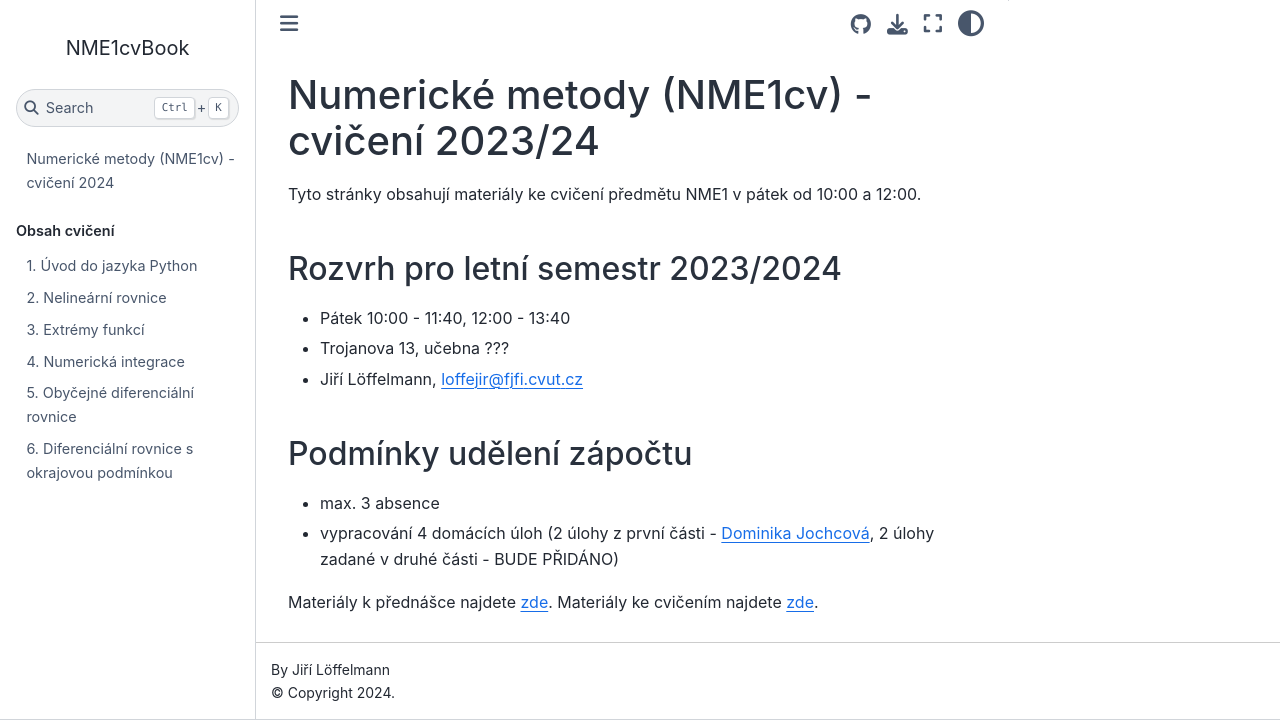
Repository: loepa01/NME1cvBook
Page: intro.html
An editor plug-in stored every save of this project. The page is shown before and after the next save, followed by the edit.
The browser window is 1280 px wide. The pictures show the whole page.

Above is the page before, as saved 2024-04-08 16:48:49.
Console error: SyntaxError: Identifier 'THEBE_JS_URL' has already been declared

### intro.html

<!DOCTYPE html>


<html lang="en" data-content_root="../" >

  <head>
    <meta charset="utf-8" />
    <meta name="viewport" content="width=device-width, initial-scale=1.0" /><meta name="viewport" content="width=device-width, initial-scale=1" />

    <title>Numerické metody (NME1cv) - cvičení 2023/24 &#8212; NME1cvBook</title>



  <script data-cfasync="false">
    document.documentElement.dataset.mode = localStorage.getItem("mode") || "";
    document.documentElement.dataset.theme = localStorage.getItem("theme") || "light";
  </script>

  <!-- Loaded before other Sphinx assets -->
  <link href="../_static/styles/theme.css?digest=8d27b9dea8ad943066ae" rel="stylesheet" />
<link href="../_static/styles/bootstrap.css?digest=8d27b9dea8ad943066ae" rel="stylesheet" />
<link href="../_static/styles/pydata-sphinx-theme.css?digest=8d27b9dea8ad943066ae" rel="stylesheet" />


  <link href="../_static/vendor/fontawesome/6.5.1/css/all.min.css?digest=8d27b9dea8ad943066ae" rel="stylesheet" />
  <link rel="preload" as="font" type="font/woff2" crossorigin href="../_static/vendor/fontawesome/6.5.1/webfonts/fa-solid-900.woff2" />
<link rel="preload" as="font" type="font/woff2" crossorigin href="../_static/vendor/fontawesome/6.5.1/webfonts/fa-brands-400.woff2" />
<link rel="preload" as="font" type="font/woff2" crossorigin href="../_static/vendor/fontawesome/6.5.1/webfonts/fa-regular-400.woff2" />

    <link rel="stylesheet" type="text/css" href="../_static/pygments.css?v=fa44fd50" />
    <link rel="stylesheet" type="text/css" href="../_static/styles/sphinx-book-theme.css?v=384b581d" />
    <link rel="stylesheet" type="text/css" href="../_static/togglebutton.css?v=13237357" />
    <link rel="stylesheet" type="text/css" href="../_static/copybutton.css?v=76b2166b" />
    <link rel="stylesheet" type="text/css" href="../_static/mystnb.4510f1fc1dee50b3e5859aac5469c37c29e427902b24a333a5f9fcb2f0b3ac41.css?v=be8a1c11" />
    <link rel="stylesheet" type="text/css" href="../_static/sphinx-thebe.css?v=4fa983c6" />
    <link rel="stylesheet" type="text/css" href="../_static/design-style.1e8bd061cd6da7fc9cf755528e8ffc24.min.css?v=0a3b3ea7" />

  <!-- Pre-loaded scripts that we'll load fully later -->
  <link rel="preload" as="script" href="../_static/scripts/bootstrap.js?digest=8d27b9dea8ad943066ae" />
<link rel="preload" as="script" href="../_static/scripts/pydata-sphinx-theme.js?digest=8d27b9dea8ad943066ae" />
  <script src="../_static/vendor/fontawesome/6.5.1/js/all.min.js?digest=8d27b9dea8ad943066ae"></script>

    <script src="../_static/documentation_options.js?v=9eb32ce0"></script>
    <script src="../_static/doctools.js?v=888ff710"></script>
    <script src="../_static/sphinx_highlight.js?v=dc90522c"></script>
    <script src="../_static/clipboard.min.js?v=a7894cd8"></script>
    <script src="../_static/copybutton.js?v=f281be69"></script>
    <script src="../_static/scripts/sphinx-book-theme.js?v=efea14e4"></script>
    <script>let toggleHintShow = 'Click to show';</script>
    <script>let toggleHintHide = 'Click to hide';</script>
    <script>let toggleOpenOnPrint = 'true';</script>
    <script src="../_static/togglebutton.js?v=4a39c7ea"></script>
    <script>var togglebuttonSelector = '.toggle, .admonition.dropdown';</script>
    <script src="../_static/design-tabs.js?v=36754332"></script>
    <script>const THEBE_JS_URL = "https://unpkg.com/thebe@0.8.2/lib/index.js"; const thebe_selector = ".thebe,.cell"; const thebe_selector_input = "pre"; const thebe_selector_output = ".output, .cell_output"</script>
    <script async="async" src="../_static/sphinx-thebe.js?v=c100c467"></script>
    <script>var togglebuttonSelector = '.toggle, .admonition.dropdown';</script>
    <script>const THEBE_JS_URL = "https://unpkg.com/thebe@0.8.2/lib/index.js"; const thebe_selector = ".thebe,.cell"; const thebe_selector_input = "pre"; const thebe_selector_output = ".output, .cell_output"</script>
    <script>DOCUMENTATION_OPTIONS.pagename = '.history/intro_20240408164849';</script>
    <link rel="icon" href="../_static/cphys.png"/>
    <link rel="index" title="Index" href="../genindex.html" />
    <link rel="search" title="Search" href="../search.html" />
  <meta name="viewport" content="width=device-width, initial-scale=1"/>
  <meta name="docsearch:language" content="en"/>
  </head>


  <body data-bs-spy="scroll" data-bs-target=".bd-toc-nav" data-offset="180" data-bs-root-margin="0px 0px -60%" data-default-mode="">



  <a id="pst-skip-link" class="skip-link" href="#main-content">Skip to main content</a>

  <div id="pst-scroll-pixel-helper"></div>

  <button type="button" class="btn rounded-pill" id="pst-back-to-top">
    <i class="fa-solid fa-arrow-up"></i>
    Back to top
  </button>


  <input type="checkbox"
          class="sidebar-toggle"
          name="__primary"
          id="__primary"/>
  <label class="overlay overlay-primary" for="__primary"></label>

  <input type="checkbox"
          class="sidebar-toggle"
          name="__secondary"
          id="__secondary"/>
  <label class="overlay overlay-secondary" for="__secondary"></label>

  <div class="search-button__wrapper">
    <div class="search-button__overlay"></div>
    <div class="search-button__search-container">
<form class="bd-search d-flex align-items-center"
      action="../search.html"
      method="get">
  <i class="fa-solid fa-magnifying-glass"></i>
  <input type="search"
         class="form-control"
         name="q"
         id="search-input"
         placeholder="Search this book..."
         aria-label="Search this book..."
         autocomplete="off"
         autocorrect="off"
         autocapitalize="off"
         spellcheck="false"/>
  <span class="search-button__kbd-shortcut"><kbd class="kbd-shortcut__modifier">Ctrl</kbd>+<kbd>K</kbd></span>
</form></div>
  </div>

    <header class="bd-header navbar navbar-expand-lg bd-navbar">
    </header>


  <div class="bd-container">
    <div class="bd-container__inner bd-page-width">





      <div class="bd-sidebar-primary bd-sidebar">



  <div class="sidebar-header-items sidebar-primary__section">




  </div>

    <div class="sidebar-primary-items__start sidebar-primary__section">
        <div class="sidebar-primary-item">



<a class="navbar-brand logo" href="../intro.html">






    <p class="title logo__title">NME1cvBook</p>

</a></div>
        <div class="sidebar-primary-item">

 <script>
 document.write(`
   <button class="btn navbar-btn search-button-field search-button__button" title="Search" aria-label="Search" data-bs-placement="bottom" data-bs-toggle="tooltip">
    <i class="fa-solid fa-magnifying-glass"></i>
    <span class="search-button__default-text">Search</span>
    <span class="search-button__kbd-shortcut"><kbd class="kbd-shortcut__modifier">Ctrl</kbd>+<kbd class="kbd-shortcut__modifier">K</kbd></span>
   </button>
 `);
 </script></div>
        <div class="sidebar-primary-item"><nav class="bd-links bd-docs-nav" aria-label="Main">
    <div class="bd-toc-item navbar-nav active">

        <ul class="nav bd-sidenav bd-sidenav__home-link">
            <li class="toctree-l1">
                <a class="reference internal" href="../intro.html">
                    Numerické metody (NME1cv) - cvičení 2024
                </a>
            </li>
        </ul>
        <p aria-level="2" class="caption" role="heading"><span class="caption-text">Obsah cvičení</span></p>
<ul class="nav bd-sidenav">
<li class="toctree-l1"><a class="reference internal" href="../uvod-python.html">1. Úvod do jazyka Python</a></li>
<li class="toctree-l1"><a class="reference internal" href="../nelinearni-rce.html">2. Nelineární rovnice</a></li>
<li class="toctree-l1"><a class="reference internal" href="../extremy-fci.html">3. Extrémy funkcí</a></li>
<li class="toctree-l1"><a class="reference internal" href="../integrace.html">4. Numerická integrace</a></li>
<li class="toctree-l1"><a class="reference internal" href="../reseni-odr.html">5. Obyčejné diferenciální rovnice</a></li>
<li class="toctree-l1"><a class="reference internal" href="../reseni-okraj.html">6. Diferenciální rovnice s okrajovou podmínkou</a></li>
</ul>

    </div>
</nav></div>
    </div>


  <div class="sidebar-primary-items__end sidebar-primary__section">
  </div>

  <div id="rtd-footer-container"></div>


      </div>

      <main id="main-content" class="bd-main">



<div class="sbt-scroll-pixel-helper"></div>

          <div class="bd-content">
            <div class="bd-article-container">

              <div class="bd-header-article">
<div class="header-article-items header-article__inner">

    <div class="header-article-items__start">

        <div class="header-article-item"><label class="sidebar-toggle primary-toggle btn btn-sm" for="__primary" title="Toggle primary sidebar" data-bs-placement="bottom" data-bs-toggle="tooltip">
  <span class="fa-solid fa-bars"></span>
</label></div>

    </div>


    <div class="header-article-items__end">

        <div class="header-article-item">

<div class="article-header-buttons">





<div class="dropdown dropdown-source-buttons">
  <button class="btn dropdown-toggle" type="button" data-bs-toggle="dropdown" aria-expanded="false" aria-label="Source repositories">
    <i class="fab fa-github"></i>
  </button>
  <ul class="dropdown-menu">



      <li><a href="https://github.com/loepa01/NME1cvBook" target="_blank"
   class="btn btn-sm btn-source-repository-button dropdown-item"
   title="Source repository"
   data-bs-placement="left" data-bs-toggle="tooltip"
>


<span class="btn__icon-container">
  <i class="fab fa-github"></i>
  </span>
<span class="btn__text-container">Repository</span>
</a>
</li>




      <li><a href="https://github.com/loepa01/NME1cvBook/issues/new?title=Issue%20on%20page%20%2F.history/intro_20240408164849.html&body=Your%20issue%20content%20here." target="_blank"
   class="btn btn-sm btn-source-issues-button dropdown-item"
   title="Open an issue"
   data-bs-placement="left" data-bs-toggle="tooltip"
>


<span class="btn__icon-container">
  <i class="fas fa-lightbulb"></i>
  </span>
<span class="btn__text-container">Open issue</span>
</a>
</li>

  </ul>
</div>






<div class="dropdown dropdown-download-buttons">
  <button class="btn dropdown-toggle" type="button" data-bs-toggle="dropdown" aria-expanded="false" aria-label="Download this page">
    <i class="fas fa-download"></i>
  </button>
  <ul class="dropdown-menu">



      <li><a href="../_sources/.history/intro_20240408164849.md" target="_blank"
   class="btn btn-sm btn-download-source-button dropdown-item"
   title="Download source file"
   data-bs-placement="left" data-bs-toggle="tooltip"
>


<span class="btn__icon-container">
  <i class="fas fa-file"></i>
  </span>
<span class="btn__text-container">.md</span>
</a>
</li>




      <li>
<button onclick="window.print()"
  class="btn btn-sm btn-download-pdf-button dropdown-item"
  title="Print to PDF"
  data-bs-placement="left" data-bs-toggle="tooltip"
>


<span class="btn__icon-container">
  <i class="fas fa-file-pdf"></i>
  </span>
<span class="btn__text-container">.pdf</span>
</button>
</li>

  </ul>
</div>




<button onclick="toggleFullScreen()"
  class="btn btn-sm btn-fullscreen-button"
  title="Fullscreen mode"
  data-bs-placement="bottom" data-bs-toggle="tooltip"
>


<span class="btn__icon-container">
  <i class="fas fa-expand"></i>
  </span>

</button>



<script>
document.write(`
  <button class="btn btn-sm navbar-btn theme-switch-button" title="light/dark" aria-label="light/dark" data-bs-placement="bottom" data-bs-toggle="tooltip">
    <span class="theme-switch nav-link" data-mode="light"><i class="fa-solid fa-sun fa-lg"></i></span>
    <span class="theme-switch nav-link" data-mode="dark"><i class="fa-solid fa-moon fa-lg"></i></span>
    <span class="theme-switch nav-link" data-mode="auto"><i class="fa-solid fa-circle-half-stroke fa-lg"></i></span>
  </button>
`);
</script>


<script>
document.write(`
  <button class="btn btn-sm navbar-btn search-button search-button__button" title="Search" aria-label="Search" data-bs-placement="bottom" data-bs-toggle="tooltip">
    <i class="fa-solid fa-magnifying-glass fa-lg"></i>
  </button>
`);
</script>
<label class="sidebar-toggle secondary-toggle btn btn-sm" for="__secondary"title="Toggle secondary sidebar" data-bs-placement="bottom" data-bs-toggle="tooltip">
    <span class="fa-solid fa-list"></span>
</label>
</div></div>

    </div>

</div>
</div>



<div id="jb-print-docs-body" class="onlyprint">
    <h1>Numerické metody (NME1cv) - cvičení 2023/24</h1>
    <!-- Table of contents -->
    <div id="print-main-content">
        <div id="jb-print-toc">

            <div>
                <h2> Contents </h2>
            </div>
            <nav aria-label="Page">
                <ul class="visible nav section-nav flex-column">
<li class="toc-h2 nav-item toc-entry"><a class="reference internal nav-link" href="#rozvrh-pro-letni-semestr-2023-2024">Rozvrh pro letní semestr 2023/2024</a></li>
<li class="toc-h2 nav-item toc-entry"><a class="reference internal nav-link" href="#podminky-udeleni-zapoctu">Podmínky udělení zápočtu</a></li>
</ul>
            </nav>
        </div>
    </div>
</div>



<div id="searchbox"></div>
                <article class="bd-article">

  <section class="tex2jax_ignore mathjax_ignore" id="numericke-metody-nme1cv-cviceni-2023-24">
<h1>Numerické metody (NME1cv) - cvičení 2023/24<a class="headerlink" href="#numericke-metody-nme1cv-cviceni-2023-24" title="Link to this heading">#</a></h1>
<p>Tyto stránky obsahují materiály ke cvičení předmětu NME1 v pátek od 10:00 a 12:00.</p>
<section id="rozvrh-pro-letni-semestr-2023-2024">
<h2>Rozvrh pro letní semestr 2023/2024<a class="headerlink" href="#rozvrh-pro-letni-semestr-2023-2024" title="Link to this heading">#</a></h2>
<ul class="simple">
<li><p>Pátek 10:00 - 11:40, 12:00 - 13:40</p></li>
<li><p>Trojanova 13, učebna ???</p></li>
<li><p>Jiří Löffelmann, <a class="reference external" href="mailto:loffejir&#37;&#52;&#48;fjfi&#46;cvut&#46;cz">loffejir<span>&#64;</span>fjfi<span>&#46;</span>cvut<span>&#46;</span>cz</a></p></li>
</ul>
</section>
<section id="podminky-udeleni-zapoctu">
<h2>Podmínky udělení zápočtu<a class="headerlink" href="#podminky-udeleni-zapoctu" title="Link to this heading">#</a></h2>
<ul class="simple">
<li><p>max. 3 absence</p></li>
<li><p>vypracování 4 domácích úloh (2 úlohy z první části - <a class="reference external" href="https://github.com/jochcova/NMEcv/">Dominika Jochcová</a>, 2 úlohy zadané v druhé části - BUDE PŘIDÁNO)</p></li>
</ul>
<p>Materiály k přednášce najdete <a class="reference external" href="http://kfe.fjfi.cvut.cz/~vachal/edu/nme/">zde</a>.
Materiály ke cvičením najdete <a class="reference external" href="http://kfe.fjfi.cvut.cz/~vachal/edu/nme/cviceni/">zde</a>.</p>
</section>
</section>

    <script type="text/x-thebe-config">
    {
        requestKernel: true,
        binderOptions: {
            repo: "binder-examples/jupyter-stacks-datascience",
            ref: "master",
        },
        codeMirrorConfig: {
            theme: "abcdef",
            mode: "python"
        },
        kernelOptions: {
            name: "python3",
            path: "./.history"
        },
        predefinedOutput: true
    }
    </script>
    <script>kernelName = 'python3'</script>

                </article>






                <footer class="prev-next-footer">

<div class="prev-next-area">
</div>
                </footer>

            </div>



                <div class="bd-sidebar-secondary bd-toc"><div class="sidebar-secondary-items sidebar-secondary__inner">


  <div class="sidebar-secondary-item">
  <div class="page-toc tocsection onthispage">
    <i class="fa-solid fa-list"></i> Contents
  </div>
  <nav class="bd-toc-nav page-toc">
    <ul class="visible nav section-nav flex-column">
<li class="toc-h2 nav-item toc-entry"><a class="reference internal nav-link" href="#rozvrh-pro-letni-semestr-2023-2024">Rozvrh pro letní semestr 2023/2024</a></li>
<li class="toc-h2 nav-item toc-entry"><a class="reference internal nav-link" href="#podminky-udeleni-zapoctu">Podmínky udělení zápočtu</a></li>
</ul>
  </nav></div>

</div></div>


          </div>
          <footer class="bd-footer-content">

<div class="bd-footer-content__inner container">

  <div class="footer-item">

<p class="component-author">
By Jiří Löffelmann
</p>

  </div>

  <div class="footer-item">


  <p class="copyright">

      © Copyright 2024.
      <br/>

  </p>

  </div>

  <div class="footer-item">

  </div>

  <div class="footer-item">

  </div>

</div>
          </footer>


      </main>
    </div>
  </div>

  <!-- Scripts loaded after <body> so the DOM is not blocked -->
  <script src="../_static/scripts/bootstrap.js?digest=8d27b9dea8ad943066ae"></script>
<script src="../_static/scripts/pydata-sphinx-theme.js?digest=8d27b9dea8ad943066ae"></script>

  <footer class="bd-footer">
  </footer>
  </body>
</html>

### _static/copybutton.css
/* Copy buttons */
button.copybtn {
    position: absolute;
    display: flex;
    top: .3em;
    right: .3em;
    width: 1.7em;
    height: 1.7em;
	opacity: 0;
    transition: opacity 0.3s, border .3s, background-color .3s;
    user-select: none;
    padding: 0;
    border: none;
    outline: none;
    border-radius: 0.4em;
    /* The colors that GitHub uses */
    border: #1b1f2426 1px solid;
    background-color: #f6f8fa;
    color: #57606a;
}

button.copybtn.success {
    border-color: #22863a;
    color: #22863a;
}

button.copybtn svg {
    stroke: currentColor;
    width: 1.5em;
    height: 1.5em;
    padding: 0.1em;
}

div.highlight  {
    position: relative;
}

/* Show the copybutton */
.highlight:hover button.copybtn, button.copybtn.success {
	opacity: 1;
}

.highlight button.copybtn:hover {
    background-color: rgb(235, 235, 235);
}

.highlight button.copybtn:active {
    background-color: rgb(187, 187, 187);
}

/**
 * A minimal CSS-only tooltip copied from:
 *   https://codepen.io/mildrenben/pen/rVBrpK
 *
 * To use, write HTML like the following:
 *
 * <p class="o-tooltip--left" data-tooltip="Hey">Short</p>
 */
 .o-tooltip--left {
  position: relative;
 }

 .o-tooltip--left:after {
    opacity: 0;
    visibility: hidden;
    position: absolute;
    content: attr(data-tooltip);
    padding: .2em;
    font-size: .8em;
    left: -.2em;
    background: grey;
    color: white;
    white-space: nowrap;
    z-index: 2;
    border-radius: 2px;
    transform: translateX(-102%) translateY(0);
    transition: opacity 0.2s cubic-bezier(0.64, 0.09, 0.08, 1), transform 0.2s cubic-bezier(0.64, 0.09, 0.08, 1);
}

.o-tooltip--left:hover:after {
    display: block;
    opacity: 1;
    visibility: visible;
    transform: translateX(-100%) translateY(0);
    transition: opacity 0.2s cubic-bezier(0.64, 0.09, 0.08, 1), transform 0.2s cubic-bezier(0.64, 0.09, 0.08, 1);
    transition-delay: .5s;
}

/* By default the copy button shouldn't show up when printing a page */
@media print {
    button.copybtn {
        display: none;
    }
}

Loaded but not shown: _static/styles/theme.css (common file); _static/styles/bootstrap.css (library); _static/styles/pydata-sphinx-theme.css (library); _static/vendor/fontawesome/6.5.1/css/all.min.css (library); _static/styles/sphinx-book-theme.css (library); _static/design-style.1e8bd061cd6da7fc9cf755528e8ffc24.min.css (library); _static/scripts/bootstrap.js (library); _static/scripts/pydata-sphinx-theme.js (library); _static/documentation_options.js (common file); _static/clipboard.min.js (library); _static/copybutton.js (248 lines, source omitted); _static/togglebutton.js (187 lines, source omitted); _static/sphinx_highlight.js (154 lines, source omitted); _static/doctools.js (156 lines, source omitted); _static/sphinx-thebe.js (127 lines, source omitted); _static/scripts/sphinx-book-theme.js (2 lines, source omitted); _static/design-tabs.js (27 lines, source omitted); _static/mystnb.4510f1fc1dee50b3e5859aac5469c37c29e427902b24a333a5f9fcb2f0b3ac41.css (2342 lines, source omitted); _static/basic.css (925 lines, source omitted); _static/pygments.css (152 lines, source omitted); _static/togglebutton.css (160 lines, source omitted); _static/sphinx-thebe.css (129 lines, source omitted)

After the next save:
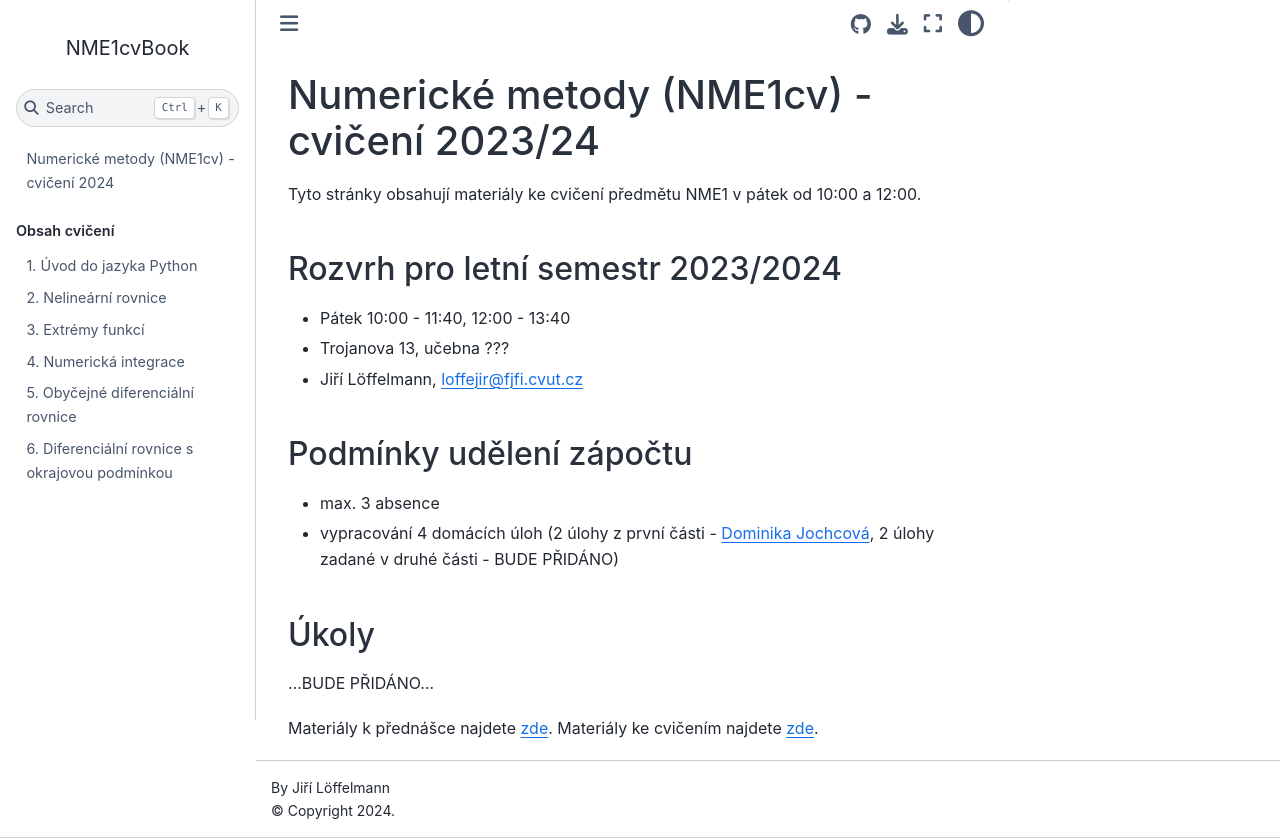
Saved 30 s later.
--- a/intro.html
+++ b/intro.html
@@ -57,7 +57,7 @@
     <script async="async" src="../_static/sphinx-thebe.js?v=c100c467"></script>
     <script>var togglebuttonSelector = '.toggle, .admonition.dropdown';</script>
     <script>const THEBE_JS_URL = "https://unpkg.com/thebe@0.8.2/lib/index.js"; const thebe_selector = ".thebe,.cell"; const thebe_selector_input = "pre"; const thebe_selector_output = ".output, .cell_output"</script>
-    <script>DOCUMENTATION_OPTIONS.pagename = '.history/intro_20240408164849';</script>
+    <script>DOCUMENTATION_OPTIONS.pagename = '.history/intro_20240408164919';</script>
     <link rel="icon" href="../_static/cphys.png"/>
     <link rel="index" title="Index" href="../genindex.html" />
     <link rel="search" title="Search" href="../search.html" />
@@ -250,7 +250,7 @@
 
 
 
-      <li><a href="https://github.com/loepa01/NME1cvBook/issues/new?title=Issue%20on%20page%20%2F.history/intro_20240408164849.html&body=Your%20issue%20content%20here." target="_blank"
+      <li><a href="https://github.com/loepa01/NME1cvBook/issues/new?title=Issue%20on%20page%20%2F.history/intro_20240408164919.html&body=Your%20issue%20content%20here." target="_blank"
    class="btn btn-sm btn-source-issues-button dropdown-item"
    title="Open an issue"
    data-bs-placement="left" data-bs-toggle="tooltip"
@@ -280,7 +280,7 @@
 
 
 
-      <li><a href="../_sources/.history/intro_20240408164849.md" target="_blank"
+      <li><a href="../_sources/.history/intro_20240408164919.md" target="_blank"
    class="btn btn-sm btn-download-source-button dropdown-item"
    title="Download source file"
    data-bs-placement="left" data-bs-toggle="tooltip"
@@ -376,6 +376,7 @@ document.write(`
                 <ul class="visible nav section-nav flex-column">
 <li class="toc-h2 nav-item toc-entry"><a class="reference internal nav-link" href="#rozvrh-pro-letni-semestr-2023-2024">Rozvrh pro letní semestr 2023/2024</a></li>
 <li class="toc-h2 nav-item toc-entry"><a class="reference internal nav-link" href="#podminky-udeleni-zapoctu">Podmínky udělení zápočtu</a></li>
+<li class="toc-h2 nav-item toc-entry"><a class="reference internal nav-link" href="#ukoly">Úkoly</a></li>
 </ul>
             </nav>
         </div>
@@ -404,6 +405,10 @@ document.write(`
 <li><p>max. 3 absence</p></li>
 <li><p>vypracování 4 domácích úloh (2 úlohy z první části - <a class="reference external" href="https://github.com/jochcova/NMEcv/">Dominika Jochcová</a>, 2 úlohy zadané v druhé části - BUDE PŘIDÁNO)</p></li>
 </ul>
+</section>
+<section id="ukoly">
+<h2>Úkoly<a class="headerlink" href="#ukoly" title="Link to this heading">#</a></h2>
+<p>…BUDE PŘIDÁNO…</p>
 <p>Materiály k přednášce najdete <a class="reference external" href="http://kfe.fjfi.cvut.cz/~vachal/edu/nme/">zde</a>.
 Materiály ke cvičením najdete <a class="reference external" href="http://kfe.fjfi.cvut.cz/~vachal/edu/nme/cviceni/">zde</a>.</p>
 </section>
@@ -457,6 +462,7 @@ Materiály ke cvičením najdete <a class="reference external" href="http://kfe.
     <ul class="visible nav section-nav flex-column">
 <li class="toc-h2 nav-item toc-entry"><a class="reference internal nav-link" href="#rozvrh-pro-letni-semestr-2023-2024">Rozvrh pro letní semestr 2023/2024</a></li>
 <li class="toc-h2 nav-item toc-entry"><a class="reference internal nav-link" href="#podminky-udeleni-zapoctu">Podmínky udělení zápočtu</a></li>
+<li class="toc-h2 nav-item toc-entry"><a class="reference internal nav-link" href="#ukoly">Úkoly</a></li>
 </ul>
   </nav></div>
 
